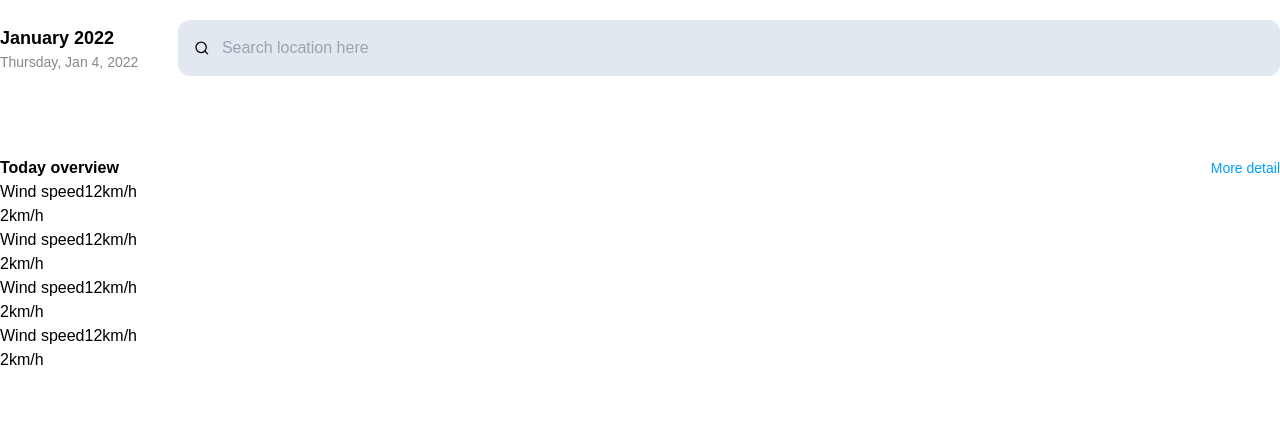
Repository: theweirdboiz/datawarehouse-ui
Page: /
The author's editor kept a copy of each file at every save. The page is drawn from the files as they stood at one save, then again after the next save.
The browser window is 1280 px wide. The pictures show the whole page.
The project was rebuilt for these pictures with package versions that can differ from the ones it lists, and the page was loaded fresh each time. Also part of the build but not shown: vite.config.js.

Above is the page before, as saved 2022-11-23 16:22:23.

### index.html
<!DOCTYPE html>
<html lang="en">
  <head>
    <meta charset="UTF-8" />
    <link rel="icon" type="image/svg+xml" href="/vite.svg" />
    <meta name="viewport" content="width=device-width, initial-scale=1.0" />
    <title>Weather - Datawarehouse</title>
  </head>
  <body>
    <div id="root"></div>
    <script type="module" src="/src/main.jsx"></script>
  </body>
</html>

### src/App.jsx
import { useState } from "react";
import { FiSearch } from "react-icons/fi";

function App() {
  const date = "font-[900] text-lg";
  const detailDate = "text-sm text-[#888]";

  const contentTop = "mt-[20px] flex items-center gap-x-10 mb-20";
  const contentSearch =
    "content__search p-4 flex items-center gap-x-3 flex-1 rounded-xl bg-slate-200";

  return (
    <div className="container mx-auto">
      <div className="">
        <section className="content">
          <div className={contentTop}>
            <div className="flex-col">
              <h3 className={date}>January 2022</h3>
              <div className={detailDate}>Thursday, Jan 4, 2022</div>
            </div>
            <div className={contentSearch}>
              <FiSearch />
              <input
                className="w-full bg-transparent"
                type="text"
                placeholder="Search location here"
              />
            </div>
          </div>
          <div className="content__detail">
            <div className="flex items-center justify-between">
              <h4 className="font-semibold">Today overview</h4>
              <div className="">
                <button className="text-sm font-medium text-[#009EFF]">
                  More detail
                </button>
              </div>
            </div>
            <div>
              <div className="content__detail-box grid-cols-2 gap-x-4">
                <div className="content__detail-item">
                  <i></i>
                  <div className="speed">
                    Wind speed
                    <span>12km/h</span>
                  </div>
                  <span>2km/h</span>
                </div>
                <div className="content__detail-item">
                  <i></i>
                  <div className="speed">
                    Wind speed
                    <span>12km/h</span>
                  </div>
                  <span>2km/h</span>
                </div>
                <div className="content__detail-item">
                  <i></i>
                  <div className="speed">
                    Wind speed
                    <span>12km/h</span>
                  </div>
                  <span>2km/h</span>
                </div>
                <div className="content__detail-item">
                  <i></i>
                  <div className="speed">
                    Wind speed
                    <span>12km/h</span>
                  </div>
                  <span>2km/h</span>
                </div>
              </div>
            </div>
          </div>
        </section>
      </div>
    </div>
  );
}

export default App;

### src/index.scss
@tailwind base;
@tailwind components;
@tailwind utilities;

@layer base {
  @import url("https://fonts.googleapis.com/css2?family=Poppins:wght@300;500;600;900&display=swap");

  *,
  *::before,
  *::after {
    box-sizing: border-box;
  }
  * {
    margin: 0;
    padding: 0;
  }
  body {
    line-height: 1.5;
    font-family: "Poppins", sans-serif;
  }
  img,
  picture,
  video,
  canvas,
  svg {
    display: block;
    max-width: 100%;
  }
  input,
  button,
  textarea,
  select {
    outline: none;
  }
  p,
  h1,
  h2,
  h3,
  h4,
  h5,
  h6 {
    overflow-wrap: break-word;
  }
}

Loaded but not shown: src/main.jsx (common file); tailwind.config.cjs (common file)

After the next save:
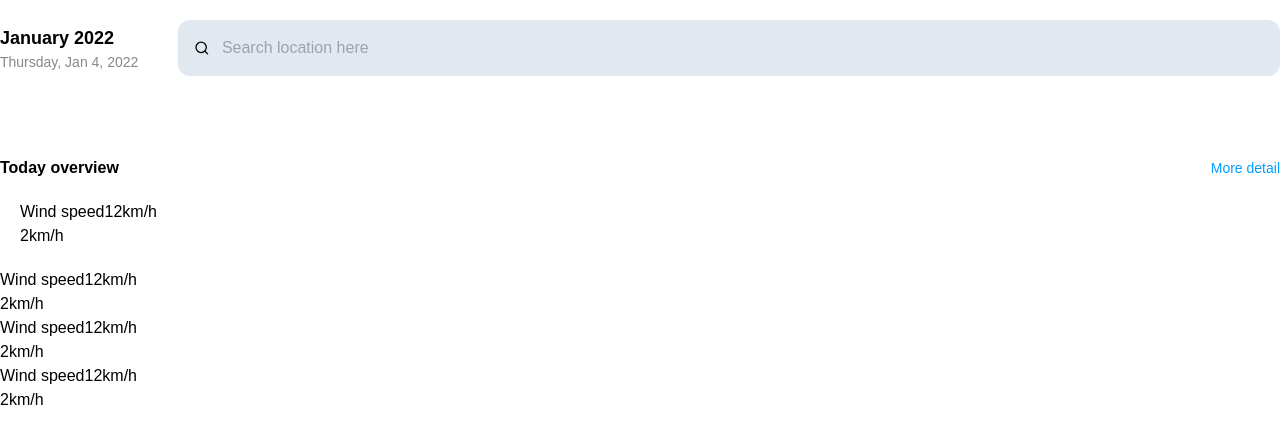
Saved 8 s later.
--- a/src/App.jsx
+++ b/src/App.jsx
@@ -38,7 +38,7 @@ function App() {
             </div>
             <div>
               <div className="content__detail-box grid-cols-2 gap-x-4">
-                <div className="content__detail-item">
+                <div className="content__detail-item p-5">
                   <i></i>
                   <div className="speed">
                     Wind speed
